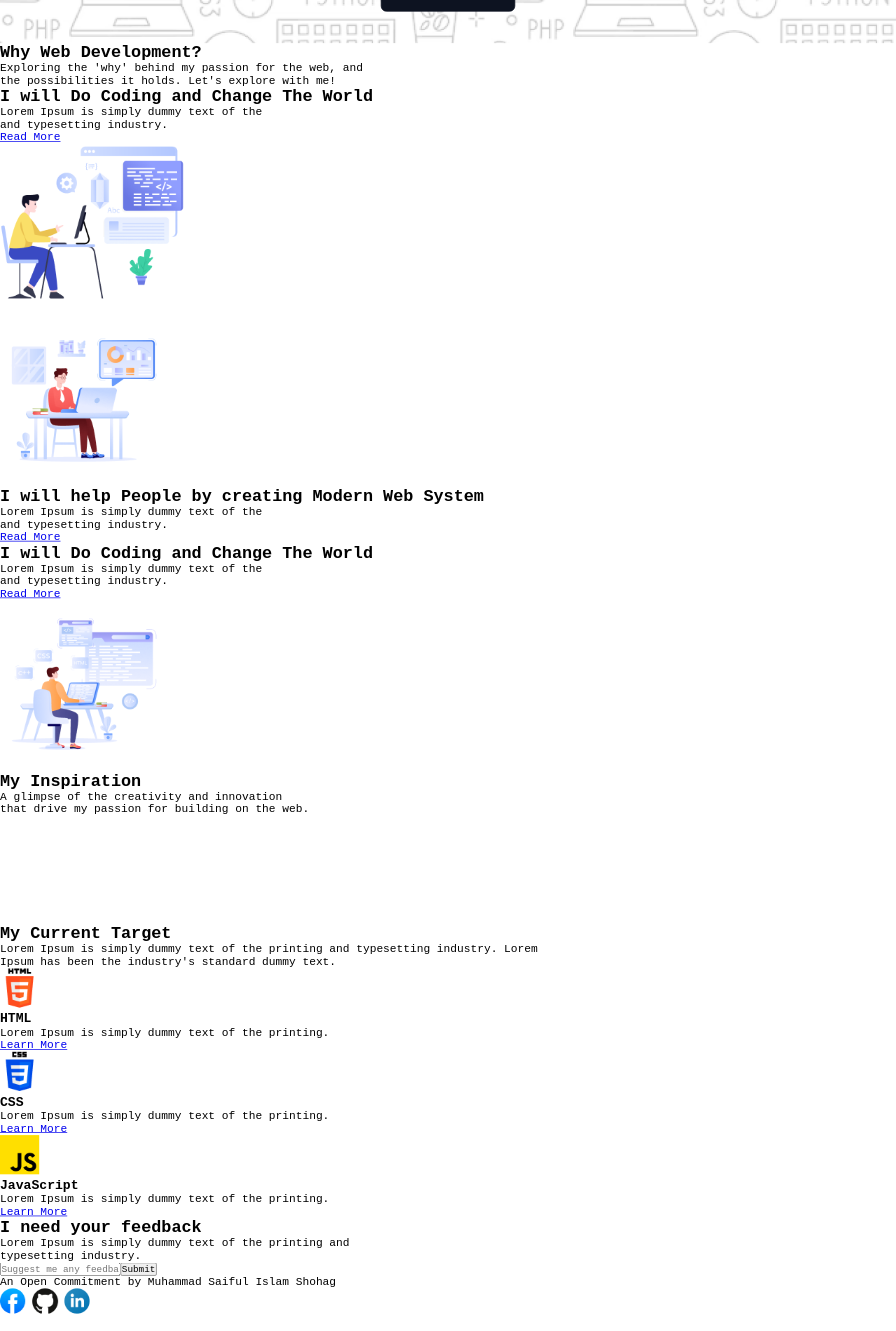
Repository: SHOHAG-NET/my-aspiration
Page: index.html
These files come from the project's save history. The page is drawn as it stood at one moment and after the next save; the edit follows.
The browser window is 1280 px wide. The pictures show the part of the page from y = 652 to 2572 px (the page is 2553 px tall before and 2572 px after), at 70% of full size.
Pictures or frames that could not be fetched are drawn as grey boxes. Some web fonts or font styles are not loaded; a fallback is used.

Above is the page before, as saved 2024-07-10 23:22:02.

After the next save:
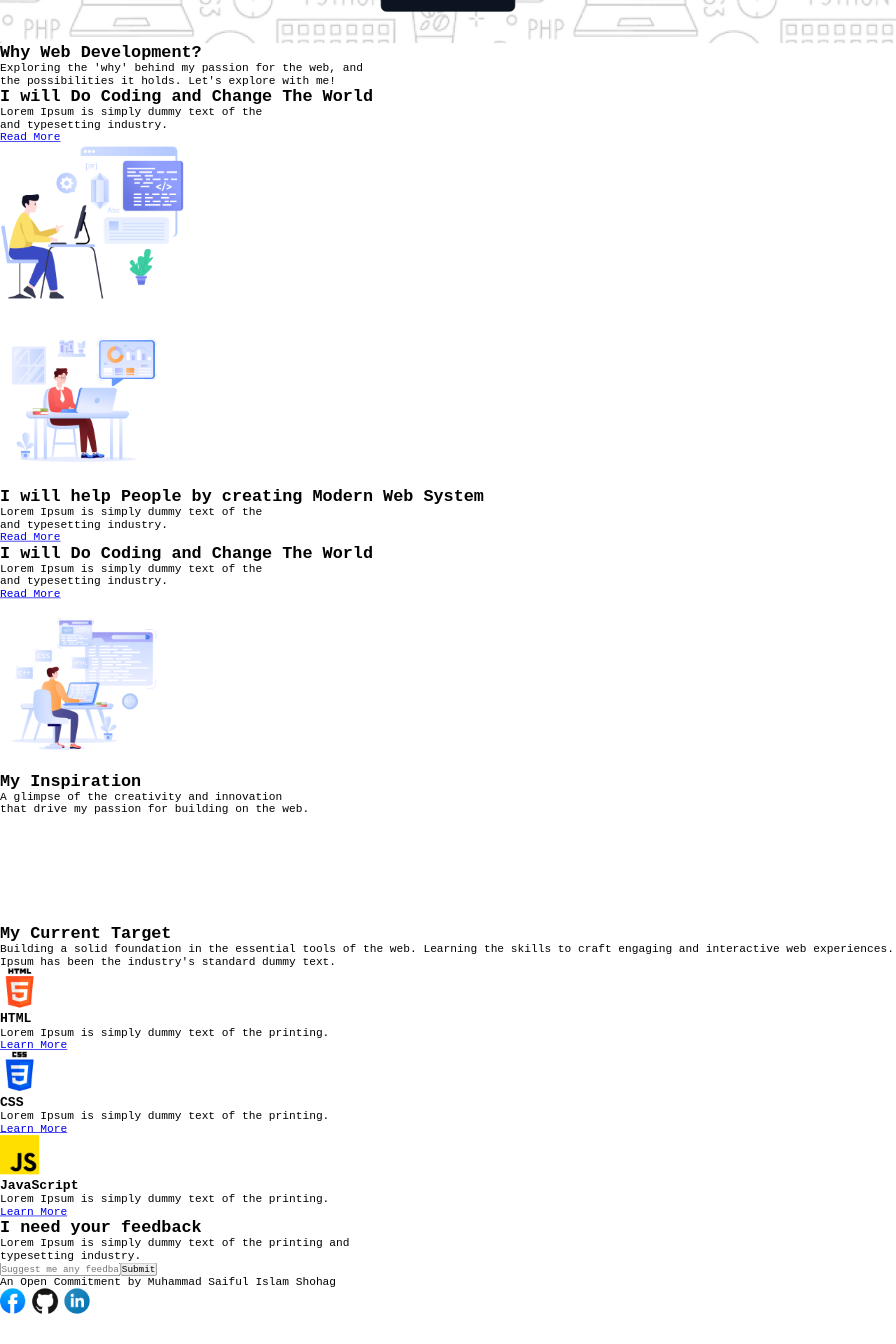
Saved 61 s later.
--- a/index.html
+++ b/index.html
@@ -127,8 +127,7 @@
           <div class="ct-aspiration-content">
             <h1>My Current Target</h1>
             <p>
-              Lorem Ipsum is simply dummy text of the printing and typesetting
-              industry. Lorem <br/>Ipsum has been the industry's standard dummy text.
+              Building a solid foundation in the essential tools of the web. Learning the skills to craft engaging and interactive web experiences. <br/>Ipsum has been the industry's standard dummy text.
             </p>
           </div>
           <div class="aspiration-cardbox">
